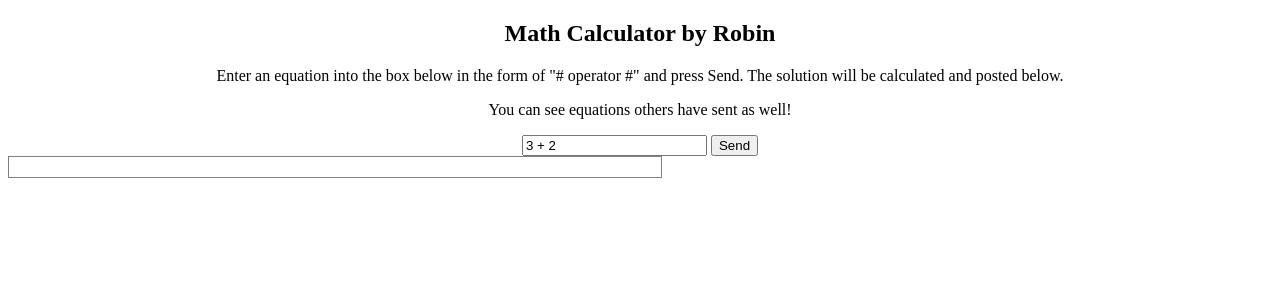
Repository: robinexcalibur/BasicMathServer
Page: EclipseMathWebServer/MathWebServer/WebContent/index.html
An editor plug-in stored every save of this project. The page is shown before and after the next save, followed by the edit.
The browser window is 1280 px wide. The pictures show the whole page.
The page's requests for data from a server got no answer.

Above is the page before, as saved 2020-05-27 19:03:53.

### EclipseMathWebServer/MathWebServer/WebContent/index.html
<!DOCTYPE html>
<html>
<head>
	<title>Simple Math Calculator</title>

	<script>
	    var messageWaiting = false;
	    function getEquations(){
	        if(!messageWaiting){
	            messageWaiting = true;
	            var request = new XMLHttpRequest();
	            request.onreadystatechange=function(){
	                if (request.readyState==4 && request.status==200) {
	                    messageWaiting = false;
	                    document.getElementById("equa").innerHTML = request.responseText;
	                }
	            }
	            request.open("GET", "/MathWebServer/math");
	            request.send();
	        }
	    }
	    setInterval(getEquations, 1000);


		function postEquation(){
			var post = new XMLHttpRequest();
			post.open("POST", "/MathWebServer/math");
			post.setRequestHeader("Content-type", "application/x-www-form-urlencoded");
			var equation = document.getElementById('equation').value
			post.send("equation=" + encodeURIComponent(equation));
		}

	</script>
</head>
<body onload="getEquations()">
	<div style="text-align: center;">
		<h2>Math Calculator by Robin</h2>
		<p>Enter an equation into the box below in the form of "# operator #" and press Send. The solution will be calculated and posted below.</p>
		<p>You can see equations others have sent as well!</p>
		<input id="equation" type="text" name="equation" value="3 + 2">
		<input type="submit" value="Send" onclick="postEquation()">

		<div id="equa" style="padding:10px; border: 1px solid grey;width:50%;"></div>
	</div>

</body>
</html>

After the next save:
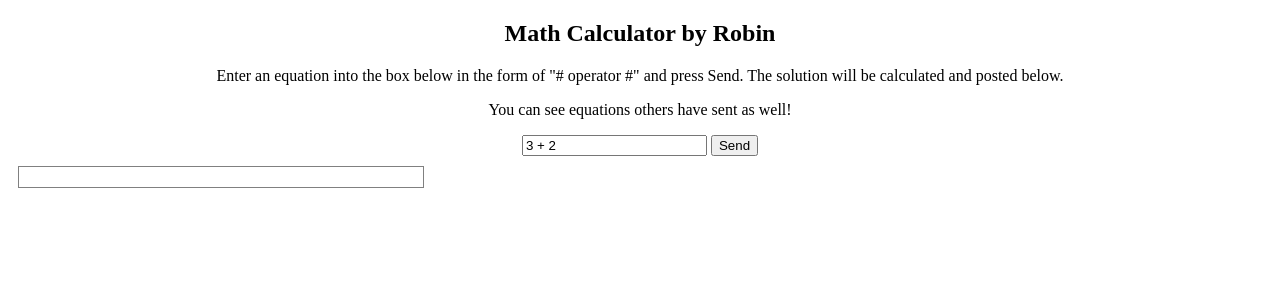
Saved 2 min 28 s later.
--- a/EclipseMathWebServer/MathWebServer/WebContent/index.html
+++ b/EclipseMathWebServer/MathWebServer/WebContent/index.html
@@ -40,7 +40,7 @@
 		<input id="equation" type="text" name="equation" value="3 + 2">
 		<input type="submit" value="Send" onclick="postEquation()">
 
-		<div id="equa" style="padding:10px; border: 1px solid grey;width:50%;"></div>
+		<div id="equa" style="padding:10px; margin: 10px; border: 1px solid grey;width:30%; position: absolute;"></div>
 	</div>
 
 </body>
